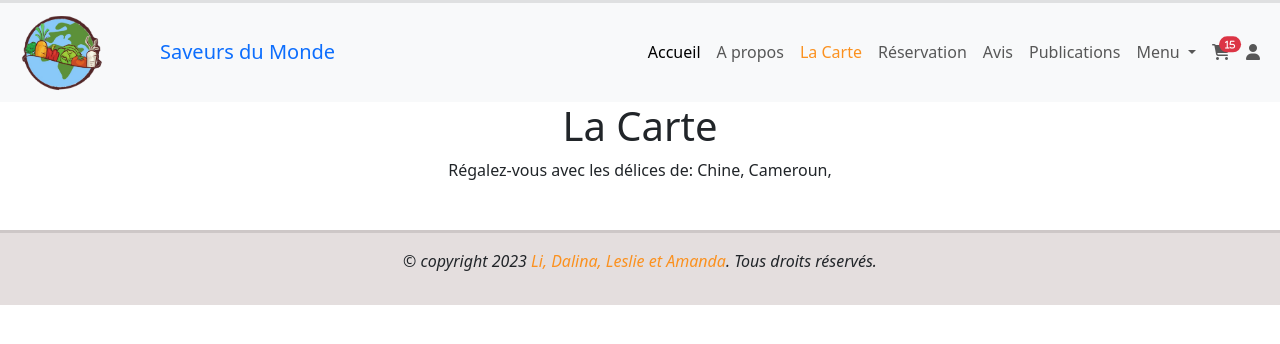
Repository: LI8538/saveur-du-monde
Page: templates/subscription/index.html.twig
The author's editor kept a copy of each file at every save. The page is drawn from the files as they stood at one save, then again after a run of saves.
The browser window is 1280 px wide. The pictures show the whole page.
The page is a Twig template of a Symfony application; nobody is signed in and links lead nowhere. The template is opened directly, without the code that normally fills it, so the values that code supplies are empty.

Above is the page before, as saved 2023-09-06 15:07:46.

After the next 4 saves:
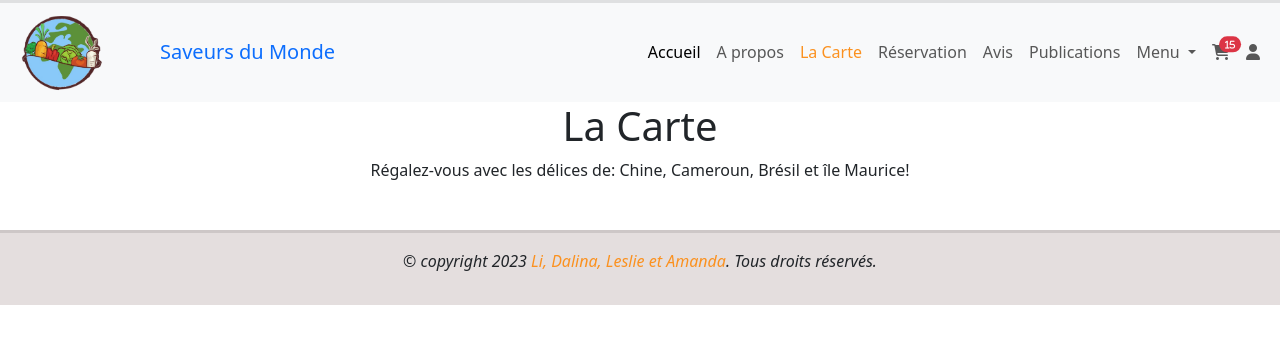
The 4 saves are shown as one change because they came seconds apart.
The last was saved 15 s later.
--- a/templates/subscription/index.html.twig
+++ b/templates/subscription/index.html.twig
@@ -12,6 +12,6 @@
 </style>
 <div>
  <h1>La Carte</h1>
-    <p>Régalez-vous avec les délices de: Chine, Cameroun, </p>
+    <p>Régalez-vous avec les délices de: Chine, Cameroun, Brésil et île Maurice!</p>
 </div>
 {% endblock %}
